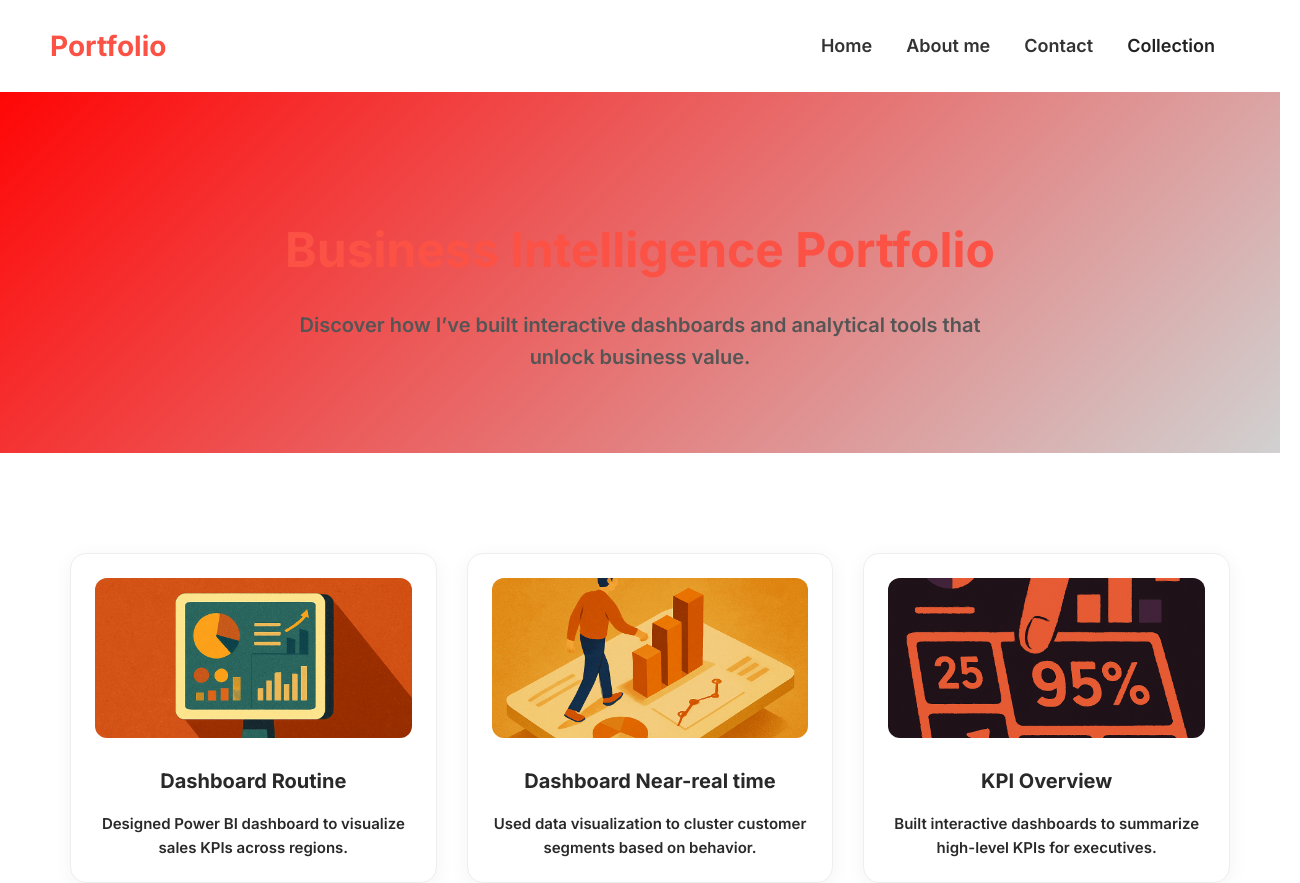
Repository: Wipas1919/Archive-portfolio
Page: projects/bi-solutions.html
The author's editor kept a copy of each file at every save. The page is drawn from the files as they stood at one save, then again after the next save.
The browser window is 1280 px wide. The page is 1300 px wide, so the pictures cover 1300 px, including what lies to the right of the window. The pictures show the whole page.

Above is the page before, as saved 2025-06-01 20:58:35.

### projects/bi-solutions.html
<!-- Cleaned and updated on 2025-05-25 -->
<!DOCTYPE html>
<html lang="en">
<head>
  <meta charset="UTF-8" />
  <meta name="viewport" content="width=device-width, initial-scale=1.0"/>
  <title>Business Intelligence | Portfolio</title>
  <link href="https://fonts.googleapis.com/css2?family=Inter:wght@600;700&display=swap" rel="stylesheet">
  <link rel="stylesheet" href="../style/main.css">
  <style>
    body {
      font-family: 'Inter', sans-serif;
    }
    .cover {
      background: linear-gradient(135deg, #ff0606, #d1d1d1);
      padding: 80px 20px;
      text-align: center;
    }
    .cover h1 {
      font-size: 48px;
      color: #fc5246;
      margin-bottom: 20px;
    }
    .cover p {
      font-size: 20px;
      color: #555;
      max-width: 700px;
      margin: 0 auto;
    }

    .project-cards h3 {
      text-align: center;
      font-size: 28px;
      margin-top: 60px;
      margin-bottom: 30px;
    }

    .card-grid {
      display: grid;
      grid-template-columns: repeat(auto-fit, minmax(280px, 1fr));
      gap: 30px;
      padding: 0 20px;
    }

    .card {
      display: block;
      background: #fff;
      border-radius: 16px;
      box-shadow: 0 4px 20px rgba(0, 0, 0, 0.05);
      padding: 24px;
      text-align: center;
      transition: transform 0.3s;
      text-decoration: none !important;
      color: inherit !important;
      cursor: pointer;
    }

    .card:hover {
      transform: translateY(-5px);
    }

    .card img {
      width: 100%;
      height: 160px;
      object-fit: cover;
      border-radius: 12px;
      margin-bottom: 16px;
    }

    .card h4 {
      font-size: 20px;
      margin-bottom: 8px;
      color: #222;
    }

    .card p {
      color: #666;
      font-size: 15px;
    }

    /* Remove visited/hover/focus/active styles */
    .card:visited,
    .card:hover,
    .card:focus,
    .card:active,
    .card *,
    .card *:visited,
    .card *:hover,
    .card *:focus,
    .card *:active {
      color: inherit !important;
      text-decoration: none !important;
    }

    .dropdown-wrapper {
      position: relative;
      display: inline-block;
    }

    .dropbtn {
      font-weight: 600;
      cursor: pointer;
      color: #222;
      text-decoration: none;
      margin-left: 15px;
    }

    .dropdown-content {
      display: none;
      position: absolute;
      top: 100%;
      right: 0;
      background-color: #ffffff;
      min-width: 220px;
      border-radius: 12px;
      box-shadow: 0 10px 25px rgba(0, 0, 0, 0.08);
      overflow: hidden;
      padding: 10px 0;
      z-index: 999;
    }

    .dropdown-wrapper:hover .dropdown-content {
      display: block;
    }

    .dropdown-content a {
      display: block;
      padding: 12px 20px;
      color: #222;
      text-decoration: none;
      font-size: 15px;
      transition: background-color 0.2s ease, color 0.2s ease;
    }

    .dropdown-content a:hover {
      background-color: #eaeaea;
      color: #fd3a2d;
    }
  </style>
</head>
<body>
  <div id="page-loader"><div class="spinner"></div></div>

  <header>
    <div class="container">
      <h1 class="logo" style="font-family: 'Inter', sans-serif; font-weight: 700; font-size: 28px; color: #fc5246;">Portfolio</h1>
      <nav class="nav-right">
        <a href="../index.html">Home</a>
        <a href="../index.html#about">About me</a>
        <a href="../index.html#contact">Contact</a>
        <div class="dropdown-wrapper">
          <a href="#" class="dropbtn">Collection</a>
          <div class="dropdown-content">
            <a href="data-engineer.html">Data Engineer</a>
            <a href="business-analysis.html">Business Analysis</a>
            <a href="bi-solutions.html">Business Intelligent</a>
            <a href="strategic-data.html">Data-Driven</a>
            <a href="cloud-cert.html">Certification</a>
            <a href="data-integration.html">Data Product</a>
          </div>
        </div>
      </nav>
    </div>
  </header>

  <!-- Cover / Hero Section -->
  <section class="cover">
    <h1>Business Intelligence Portfolio</h1>
    <p>Discover how I’ve built interactive dashboards and analytical tools that unlock business value.</p>
  </section>

  <!-- Project Cards Section -->
  <section class="project-cards container" id="project-cards">
    <div class="card-grid" id="card-container"></div>
  </section>

  <script>
    const cardsContainer = document.getElementById("card-container");
    const projectId = "bi-solutions";

    fetch("../data/projects.json")
      .then(res => res.json())
      .then(data => {
        const p = data[projectId];
        if (!p || !p.projects?.length) {
          cardsContainer.innerHTML = "<p>No projects found.</p>";
          return;
        }
        cardsContainer.innerHTML = p.projects.map(proj => `
          <a href="project.html?id=${proj.slug}" class="card">
            <img src="${proj.image}" alt="${proj.title}" />
            <h4>${proj.title}</h4>
            <p>${proj.description}</p>
          </a>
        `).join("");
      })
      .catch(err => {
        cardsContainer.innerHTML = "<p>Error loading data.</p>";
        console.error(err);
      });
  </script>
</body>
</html>

### style/main.css
/* ตั้งค่าพื้นฐาน */
body {
  margin: 0;
  font-family: 'Poppins', sans-serif;
  background: #ffffff;
  color: #292929;
  line-height: 1.6;
  scroll-behavior: smooth;
  user-select: none;
  -webkit-user-select: none;
  -ms-user-select: none;
}

img {
  max-width: 100%;
  height: auto;
  display: block;
}

.container {
  width: 100%;
  max-width: 1200px;
  margin: 0 auto;
  padding: 0 50px; /* เพิ่ม padding ด้านข้าง */
}

@media screen and (max-width: 767px) {
  .container { padding: 0 16px; }
  .hero h2 { font-size: 36px; }
  .hero p { font-size: 18px; }
  .card-grid { grid-template-columns: 1fr; }
  nav a { font-size: 14px; }
  .hero-content { flex-direction: column; }
  .about-image img { width: 100%; }
}

@media screen and (min-width: 768px) and (max-width: 1024px) {
  .hero h2 { font-size: 48px; }
  .card-grid { grid-template-columns: repeat(2, 1fr); }
}

@media screen and (max-width: 480px) {
  h2, .section-title { font-size: 28px; }
  .hero h2 { font-size: 28px; }
  .hero p, .section-description, .about-text p, .card p { font-size: 16px; }
  .btn { padding: 10px 20px; font-size: 16px; }
}

/* Navbar */
header {
  background: #fff;
  padding: 5px 0;
  display: flex;
  justify-content: space-between;
  align-items: center;
  border-bottom: 0px solid #eee;
  position: sticky;
  top: 0;
  z-index: 100;
}

header .container {
  display: flex;
  align-items: center;
  justify-content: space-between;
}

.logo {
  font-family: 'Poppins', serif;
  font-size: 30px;
  color: #fc5246;
}

nav a {
  margin: 0 15px;
  color: #333;
  text-decoration: none;
  font-weight: 600;
  font-size: 18px;
}

nav a:hover {
  color: #fd3a2d;
}

/* ปุ่มหลักของเมนู dropdown */
.dropdown-wrapper {
  position: relative;
  display: inline-block;
}

.dropbtn {
  font-weight: 600;
  cursor: pointer;
  color: #222;
  transition: color 0.3s ease;
}

.dropbtn:hover {
  color: #fd3a2d;
}

/* เมนูที่แสดงเมื่อ hover */
.dropdown-content {
  display: none;
  position: absolute;
  top: 100%;
  right: 0;
  background-color: #ffffff;
  min-width: 220px;
  border-radius: 12px;
  box-shadow: 0 10px 25px rgba(0, 0, 0, 0.08);
  overflow: hidden;
  padding: 10px 0;
  z-index: 999;
}

/* แสดงเมื่อ hover */
.dropdown-wrapper:hover .dropdown-content {
  display: block;
}

/* ลิงก์ใน dropdown */
.dropdown-content a {
  display: block;
  padding: 12px 20px;
  color: #222;
  text-decoration: none;
  font-size: 15px;
  transition: background-color 0.2s ease, color 0.2s ease;
}

/* Hover effect ของลิงก์ */
.dropdown-content a:hover {
  background-color: #eaeaea;
  color: #fd3a2d;
}

.hero-animation {
  margin-top: 10px;
  display: flex;
  justify-content: right;
}

/* Hero Section */
.hero {
  position: relative;
  height: 60vh;
  display: flex;
  align-items: center;
  justify-content: center;
  flex-direction: column;
  text-align: center;
  background: #151515;
  color: #ededed;
}

#hero-background {
  position: absolute;
  top: 0;
  left: 0;
  width: 100%;
  height: 100%;
  z-index: 0;
}

.hero-content {
  position: relative;
  z-index: 1;
  width: 100%;
  max-width: 1200px;
  padding-left: 5vw;
  padding-right: 5vw;
  text-align: left;
  align-items: flex-start;
}

.hero h2 {
  font-size: 60px;
  margin-bottom: 10px;
  line-height: 1.2;
  color: #ffffff;
}

.hero p {
  font-size: 30px;
  margin-bottom: 30px;
  color: #ffffff;
}

.btn, .hero .btn {
  display: inline-block;
  background: #fd3a2d;
  color: #fff;
  padding: 14px 36px;
  border-radius: 30px;
  text-decoration: none;
  font-weight: bold;
  font-size: 18px;
  transition: background 0.3s;
}

.btn:hover, .hero .btn:hover {
  background: #252525;
}

/* Sections */
section {
  padding: 100px 0;
  text-align: center;
}

/* About Section */
.about-grid {
  display: flex;
  align-items: center;
  justify-content: center;
  gap: 50px;
  flex-wrap: wrap;
}

.about-image img {
  width: 500px;
  height: auto;
  object-fit: cover;
  border-top-left-radius: 0;
  border-top-right-radius: 0;
  border-bottom-left-radius: 200px;
  border-bottom-right-radius: 200px;
}

.about-text {
  max-width: 500px;
  text-align: left;
}

.about-text h2 {
  margin-bottom: 20px;
}

.about-text p {
  font-size: 18px;
  color: #666;
}

/* Timeline */
.timeline-item {
  position: relative;
  margin-bottom: 30px;
}

.timeline-dot {
  width: 14px;
  height: 14px;
  background-color: #fd3a2d;
  border-radius: 50%;
  position: absolute;
  left: -8px;
  top: 0;
}

.timeline-content {
  margin-left: 20px;
}

.timeline-content h4 {
  margin: 0;
  font-size: 18px;
  color: #333;
  font-weight: 600;
}

.timeline-content p {
  margin: 5px 0 0;
  font-size: 16px;
  color: #666;
}

/* Projects Section */
#projects {
  margin-bottom: 10px;
}

.card-grid {
  display: grid;
  grid-template-columns: repeat(3, 1fr); /* สำคัญ: 3 คอลัมน์ */
  gap: 20px;
  margin-top: 100px;
}


.card {
  background: #ffffff;
  padding: 30px;
  border-radius: 12px;
  max-height: 280px;
  text-align: center;
  transition: box-shadow 0.3s;
  border: 1px solid #eee;
}

.card:hover {
  box-shadow: 0 8px 20px rgba(0, 0, 0, 0.1);
}

.card-icon img {
  width: 40px;
  height: 40px;
  margin-bottom: 20px;
}

.card h3 {
  font-size: 18px;
  margin-bottom: 15px;
  color: #333;
}

.card p {
  font-size: 16px;
  color: #666;
}

/* Contact Section */
.contact {
  background: rgba(255, 255, 255, 0.5); /* 1 = โปร่งแสง 50% */
  text-align: center;
}

.section-subtitle {
  text-transform: uppercase;
  font-size: 18px;
  letter-spacing: 1.5px;
  color: #4e4e4e;
  margin-bottom: 10px;
}

h2 {
  font-size: 36px;
  color: #292929
}


.section-title {
  font-size: 36px;
  margin-bottom: 10px;
  color: #2e2e2e;
}

.section-description {
  font-size: 18px;
  margin-bottom: 40px;
  color: #4e4e4e;
}

.contact-grid {
  display: grid;
  grid-template-columns: repeat(auto-fit, minmax(280px, 1fr));
  gap: 20px;
  margin-top: 40px;
}

.contact-card.glass {
  background: rgba(255, 255, 255, 0.15);
  backdrop-filter: blur(12px);
  -webkit-backdrop-filter: blur(12px);
  border-radius: 20px;
  padding: 24px;
  border: 1px solid rgba(255, 255, 255, 0.3);
  box-shadow: 0 8px 32px rgba(0, 0, 0, 0.1);
  transition: transform 0.3s ease, box-shadow 0.3s ease;
  text-align: center;
}

.contact-card.glass:hover {
  transform: scale(1.05);
  box-shadow: 0 12px 28px rgba(0, 0, 0, 0.15);
}

.contact-icon {
  display: flex;
  flex-direction: column;
  align-items: center;
  justify-content: center; /* 🔥 เพิ่มบรรทัดนี้เพื่อจัดไอคอนแนวดิ่ง */
  height: 100px; /* ✅ ปรับความสูงให้เหมาะสม */
  margin-bottom: 12px;
}


.contact-icon img {
  width: 48px;
  height: 48px;
  margin-bottom: 12px;
  transition: transform 0.3s ease;
}

.contact-card.glass:hover .contact-icon img {
  transform: scale(1.15);
}

/* Footer */
footer {
  background: #f5f5f5;
  padding: 20px 0;
  font-size: 14px;
  color: #4d4d4d;
}

.footer-container {
  display: flex;
  justify-content: space-between;
  align-items: center;
  flex-wrap: wrap;
}

.social-links {
  display: flex;
  gap: 20px;
}

.social-links a img {
  width: 30px;
  height: 30px;
  transition: transform 0.3s ease;
}

.social-links a img:hover {
  transform: scale(1.2);
}

#hero-background {
  position: absolute;
  top: 0;
  left: 0;
  height: 100%;
  width: 100%;
  z-index: 0;
  overflow: hidden;
}
.hero-content {
  position: relative;
  z-index: 1;
}

/* animation-data */
.hero-content {
  display: flex;
  justify-content: space-between;
  align-items: center;
  flex-wrap: wrap;
  gap: 40px;
}

.hero-text {
  flex: 1 1 55%;
}

.hero-animation {
  flex: 1 1 40%;
  display: flex;
  justify-content: center;
  align-items: center;
}

/* ===== Page Loader & Smooth Scroll ===== */
html{scroll-behavior:smooth;}

#page-loader{
  position:fixed;inset:0;display:grid;place-items:center;
  background:#ffffff;z-index:9999;opacity:1;
  transition:opacity .0.5s ease;
}
#page-loader .spinner{
  width:32px;height:32px;border:4px solid #e5e5e5;
  border-top-color:#ff694b;border-radius:50%;
  animation:spin .8s linear infinite;
}
@keyframes spin{to{transform:rotate(360deg)}}

body.loaded #page-loader{opacity:0;pointer-events:none;}
body.fade-out{opacity:0;transition:opacity .0.5s ease;}

@keyframes hideLoaderFallback{to{opacity:0;pointer-events:none;}}
#page-loader{animation:hideLoaderFallback 0.5s forwards 0.5s;}



/* ====  Reusable Card Component  ================================== */
.card {
  background: #ffffff;
  border: 1px solid #eee;
  border-radius: 12px;
  padding: 24px;
  text-align: center;
  box-shadow: 0 4px 12px rgba(0,0,0,.05);
  transition: transform .3s ease, box-shadow .3s ease;
}
.card:hover {
  transform: translateY(-6px);
  box-shadow: 0 12px 25px rgba(0,0,0,.1);
}

.card__icon{
  display:flex;
  flex-direction:column;
  align-items:center;
  justify-content:center;
  height:100px;
  margin-bottom:12px;
}
.card__icon img{
  width:48px;
  height:48px;
  transition: transform .3s ease;
}
.card:hover .card__icon img{
  transform:scale(1.15);
}

/* Variant – project card (clickable) */
.card--project{cursor:pointer;}

/* Variant – glassmorphism contact card */
.card--glass{
  background: rgba(255,255,255,.15);
  backdrop-filter: blur(12px);
  -webkit-backdrop-filter: blur(12px);
  border: 1px solid rgba(255,255,255,.3);
  box-shadow: 0 8px 32px rgba(0,0,0,.1);
}

/* Grids */

.card-grid--contact{
  display:grid;
  grid-template-columns: repeat(auto-fit,minmax(280px,1fr));
  gap:20px;
  margin-top:40px;
}

/* Remove legacy duplicate styles */
.contact-card, .contact-card.glass, .glass-card{
}/* project */

.project-blog {
  max-width: 800px;
  margin: 80px auto;
  padding: 0 20px;
  font-family: 'Inter', sans-serif;
}

.project-blog h1 {
  font-size: 36px;
  font-weight: 700;
  margin-bottom: 20px;
  text-align: center;
  color: #222;
}

.project-blog .tag {
  display: inline-block;
  background: #eeeeee;
  color: #333;
  padding: 6px 12px;
  margin: 0 8px 20px 0;
  border-radius: 20px;
  font-size: 14px;
}

.project-blog p {
  font-size: 18px;
  color: #444;
  line-height: 1.7;
  margin-bottom: 24px;
}

.project-blog img {
  width: 100%;
  border-radius: 10px;
  margin: 30px 0;
  box-shadow: 0 8px 30px rgba(0,0,0,0.08);
}

/* button */
.back-float-btn {
  position: fixed;
  bottom: 30px;
  left: 50%;
  transform: translateX(-50%);
  background-color: #fc5246;
  color: white;
  padding: 10px 24px;
  font-size: 14px;
  border-radius: 30px;
  box-shadow: 0 4px 16px rgba(0, 0, 0, 0.1);
  cursor: pointer;
  z-index: 9999;
  text-align: center;
  font-family: 'Inter', sans-serif;
  transition: background 0.3s ease;
  width: auto;       /* ปรับให้ขนาดพอดีกับเนื้อหา */
  max-width: 200px;  /* จำกัดไม่ให้ปุ่มกว้างเกินไป */
}

.back-float-btn:hover {
  background-color: #e6483c;
}

@media (max-width: 768px) {
  .back-float-btn {
    padding: 9px 18px;
    font-size: 13px;
    bottom: 20px;
  }
/* ===== FINAL OVERRIDE ===== */
.contact-card a {
  color: inherit !important;
  text-decoration: none !important;
}

.contact-card a:visited {
  color: inherit !important;
  text-decoration: none !important;
}

.contact-card a:hover,
.contact-card a:focus,
.contact-card a:active {
  color: inherit !important;
  text-decoration: none !important;
}

/* ===== Card grid (Projects) enforce 3-column on desktop ===== */
@media (min-width: 1024px){
  .card-grid--projects{
    grid-template-columns: repeat(3, 1fr);
  }
}
/* 2 columns on tablets */
@media (min-width: 640px) and (max-width: 1023px){
  .card-grid--projects{
    grid-template-columns: repeat(2, 1fr);
  }
}
/* 1 column on small screens (default) */
}

/* ===== DESKTOP-ONLY MODE (CSS BLOCK) =====
   Hide entire site below 1024px width and show full-screen notice
--------------------------------------------------------------- */
@media (hover: none) and (pointer: coarse){
  /* Hide all real content */
  body > * { display: none !important; }

  /* Full-screen notice */
  body::before{
    content: "This site is designed for desktop browsers only.\A Please visit on a larger screen.";
    white-space: pre-line;
    position: fixed;
    inset: 0;
    background: #ffffff;
    color: #000000;
    padding: 40px 24px;
    display: flex;
    align-items: center;
    justify-content: center;
    font-family: "Poppins", sans-serif;
    font-size: 18px;
    line-height: 1.4;
    text-align: center;
    z-index: 99999;
  }

  /* Prevent horizontal scroll */
  html, body{ overflow: hidden; }
}

.project-blog strong {
  font-size: 1.4em;   /* 110 % ของขนาดปกติในย่อหน้านั้น */
  font-weight: 800;
}

### data/projects.json
{
  "data-engineer": {
    "projects": [
      {
        "title": "End-to-End Data Engineering Journey",
        "slug": "End-to-End Data Engineering Journey",
        "description": "Full-stack ETL pipeline implementation",
        "image": "/images/data-engineers.jpg"
      },
      {
        "title": "End-to-End Data Infrastructure Planning",
        "slug": "End-to-End Data Infrastructure Planning",
        "description": "Process Design Fundamental",
        "image": "/images/data-foundamatal.jpg"
      },
      {
        "title": "Data Governance",
        "slug": "Data Governance",
        "description": "Designing and implementing a hybrid data governance framework",
        "image": "/images/data-governance.jpg"
      }
    ]
  },
  "business-analysis": {
    "title": "Business Analysis",
    "description": "Transform data into insights for decision-making.",
    "image": "../images/ba.svg",
    "overview": "Analyzed survey and operational data to support marketing strategy.",
    "contributions": [
      "Designed data collection forms",
      "Used SQL & Power BI for analysis",
      "Presented insights to leadership"
    ],
    "tools": [
      "Excel",
      "SQL",
      "Power BI",
      "Survey Analysis"
    ],
    "impact": "Helped increase campaign engagement by 30%",
    "projects": [
      {
        "title": "post-event analysis",
        "slug": "post-event analysis",
        "description": "Built interactive dashboards to monitor sentiment trends.",
        "image": "/images/post-event.png"
      },
      {
        "title": "New insights are cooking",
        "slug": "campaign-performance-analysis",
        "description": "preparing something worth the wait.",
        "image": "/images/upcoming-cover.png"
      },
      {
        "title": "New insights are cooking",
        "slug": "operational-kpi-tracking",
        "description": "preparing something worth the wait.",
        "image": "/images/upcoming-cover.png"
      }
    ]
  },
  "bi-solutions": {
    "title": "Business Intelligent",
    "projects": [
      {
        "title": "Dashboard Routine",
        "description": "Designed Power BI dashboard to visualize sales KPIs across regions.",
        "image": "/images/bi-routine-1.png",
        "slug": "bi-sales-performance"
      },
      {
        "title": "Dashboard Near-real time",
        "description": "Used data visualization to cluster customer segments based on behavior.",
        "image": "/images/bi-routine-2.png",
        "slug": "bi-customer-segmentation"
      },
      {
        "title": "KPI Overview",
        "description": "Built interactive dashboards to summarize high-level KPIs for executives.",
        "image": "/images/bi-routine-3.png",
        "slug": "bi-kpi-overview"
      }
    ]
  },
  "strategic-data": {
    "title": "Data-Driven",
    "projects": [
      {
        "title": "Assistant Speaker Trend Technoligies ",
        "description": "Developed a data-driven framework to analyze campaign performance across channels.",
        "image": "/images/bi-routine-4.jpg",
        "slug": "marketing-insight-framework"
      },
      {
        "title": "Power BI Training",
        "description": "Created visualizations from IoT sensor data to optimize event space usage.",
        "image": "/images/bi-routine-5.jpg",
        "slug": "event-analytics-dashboard"
      },
      {
        "title": "Coming Soon!",
        "description": "Designed end-to-end system for converting analytics into automated decisions.",
        "image": "/images/upcoming-cover.png",
        "slug": "decision-intelligence-system"
      }
    ]
  },
  "data-integration": {
    "title": "Data Product",
    "projects": [
      {
        "title": "Chat AI for web-event",
        "description": "Built backend pipeline to integrate chatbot logs into Datamart for insights.",
        "image": "/images/bi-routine-6.png",
        "slug": "chatbot-analytics-pipeline"
      },
      {
        "title": "Hr Recuddtor Macthing",
        "description": "Created dynamic reporting tool from MySQL and PostgreSQL for internal teams.",
        "image": "/images/upcoming-cover.png",
        "slug": "self-service-report-generator"
      },
      {
        "title": "Comming Soon!",
        "description": "Aggregated customer voice data into a single source for product decisions.",
        "image": "/images/upcoming-cover.png",
        "slug": "customer-feedback-hub"
      }
    ]
  },
  "cloud-cert": {
  "title": "Certification",
  "projects": [
    {
      "title": "Comming Soon!",
      "description": "Demonstrated foundational knowledge of GCP services and architecture.",
      "image": "/images/upcoming-cover.png",
      "slug": "gcp-certification"
    },
    {
      "title": "Comming Soon!",
      "description": "Comming Soon!",
      "image": "/images/upcoming-cover.png",
      "slug": "aws-certification"
    },
    {
      "title": "Comming Soon!",
      "description": "Comming Soon!",
      "image": "/images/upcoming-cover.png",
      "slug": "azure-certification"
    }
  ]
}
}

After the next save:
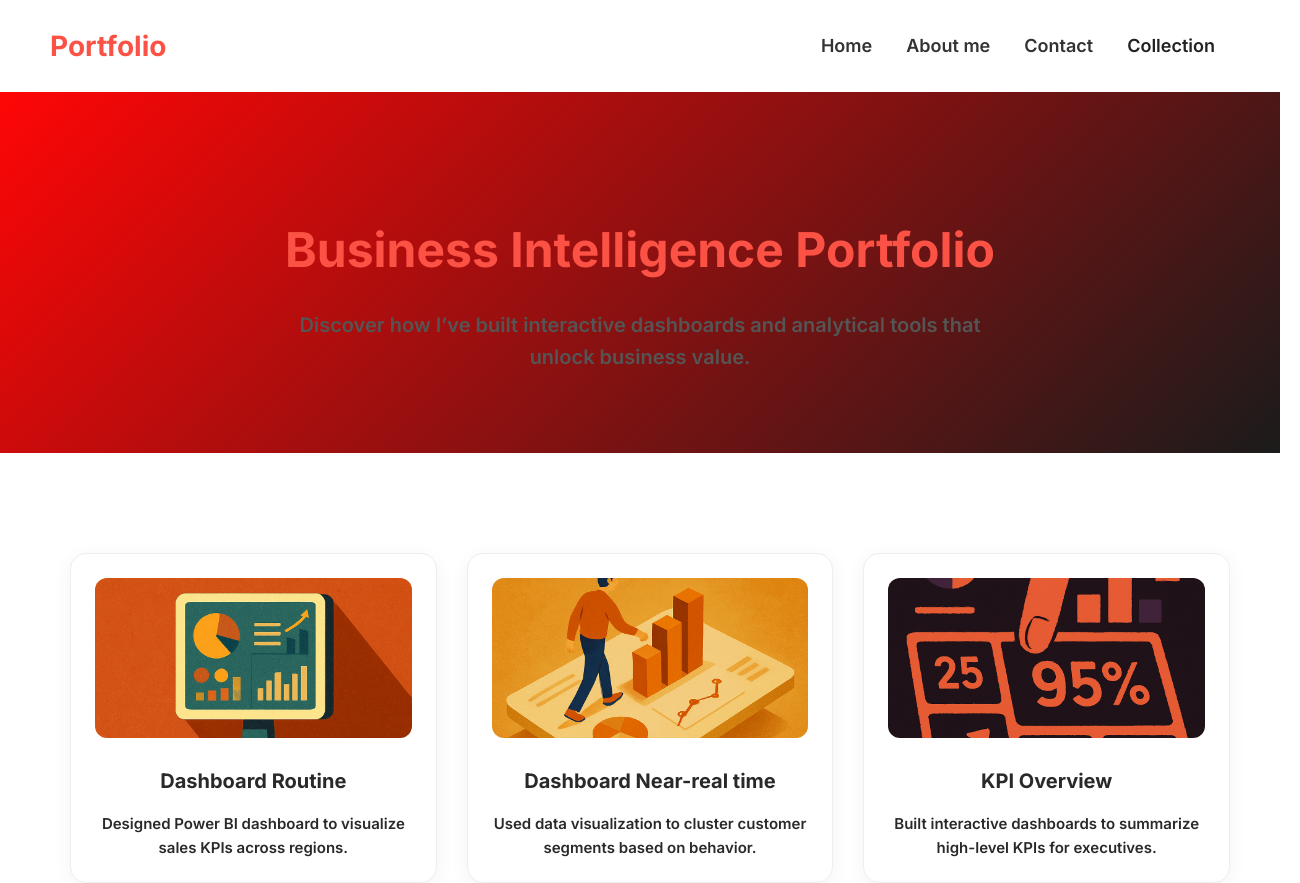
Saved 8 s later.
--- a/projects/bi-solutions.html
+++ b/projects/bi-solutions.html
@@ -12,7 +12,7 @@
       font-family: 'Inter', sans-serif;
     }
     .cover {
-      background: linear-gradient(135deg, #ff0606, #d1d1d1);
+      background: linear-gradient(135deg, #ff0606, #1b1b1b);
       padding: 80px 20px;
       text-align: center;
     }
